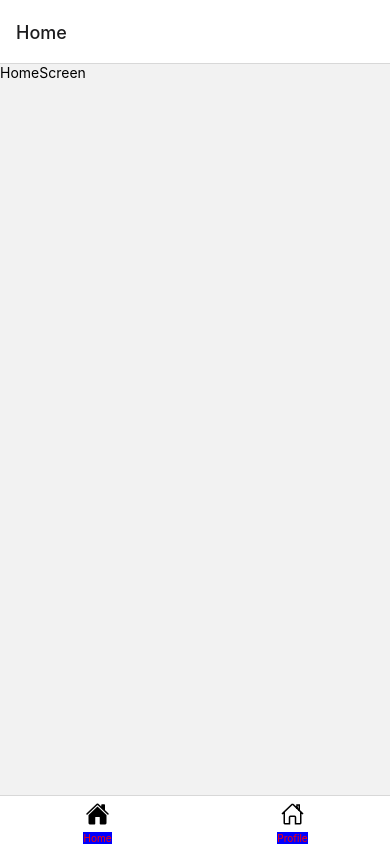
Repository: Deyvid-Kasteh/Spotify_Clone_1.0
Screen: /
The author's editor kept a copy of each file at every save. The screen is drawn from the files as they stood at one save, then again after the next save.
The app was drawn by React Native's web renderer in a window 390 px wide. The project was rebuilt for these pictures with package versions that can differ from the ones it lists, and the page was loaded fresh each time. Also part of the build but not shown: screens/ProfileScreen.js.

Above is the screen before, as saved 2023-07-28 19:19:14.

After the next save:
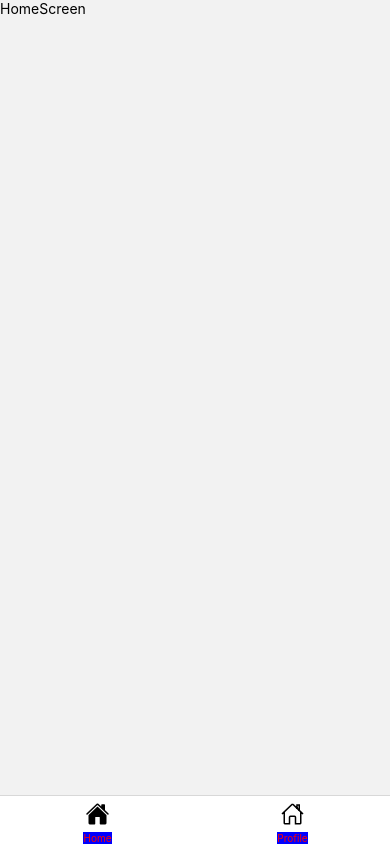
Saved 29 s later.
--- a/StackNavigator.js
+++ b/StackNavigator.js
@@ -13,7 +13,7 @@ export default function BottomTabs() {
         component={HomeScreen}
         options={{
           tabBarLabel: "Home",
-          headerShown: true,
+          headerShown: false,
           tabBarLabelStyle: { color: "red", backgroundColor: "blue" },
           tabBarIcon: ({ focused }) =>
             focused ? (
